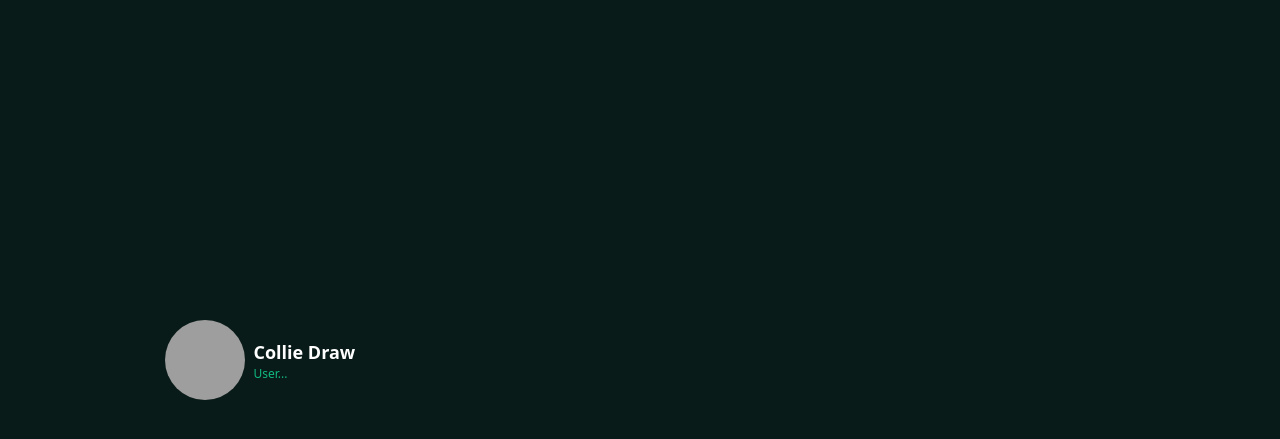
Repository: dcolind/BlockChain-Lotto
Page: /
The author's editor kept a copy of each file at every save. The page is drawn from the files as they stood at one save, then again after a run of saves.
The browser window is 1280 px wide. The pictures show the whole page.
Pictures or frames that could not be fetched are drawn as grey boxes. The project was rebuilt for these pictures with package versions that can differ from the ones it lists, and the page was loaded fresh each time. The framework's server and built-in components were replaced by stand-ins that run in the browser. Also part of the build but not shown: next.config.js.

Above is the page before, as saved 2022-08-30 11:32:35.

### pages/index.tsx
import type { NextPage } from 'next'
import Head from 'next/head'
import Header from '../components/Header'


const Home: NextPage = () => {
  return (
    <div className="bg-[#091B18] h-screen flex flex-col items-center justify-center">
      <Head>
        <title>Collie Lottery</title>
      </Head>

      <Header/>

    </div>
  )
}

export default Home

### styles/globals.css
@tailwind base;
@tailwind components;
@tailwind utilities;

@layer components {
    .countdown {
        @apply p-8 text-5xl lg:min-w-[150px] text-center bg-[#013F34] rounded-lg text-white
    }

    .countdown-label {
        @apply text-center text-white uppercase text-sm pt-4
    }

    .stats {
        @apply bg-[#091F1C] text-white p-4 flex-1 rounded-md border-[#004337] border-2
    }

    .stats-container {
        @apply bg-[#091F1C] p-5 rounded-lg border-[#004337] border
    }

    .admin-button {
        @apply bg-[#091F1C] text-white p-2 flex-1 rounded-md border-[#004337] border-2 hover:bg-emerald-500/50
    }
}

### components/Header.tsx
import React from 'react'

function Header() {
  return (
    <div className="grid grid-cols-2 md:grid-cols-5 justify-between items-center p-5">
        <div className="flex items-center space-x-2">
           <img
           className="rounded-full h-20 w-20"
           src="https://i.imgur.com/4h7mAu7.png"
           alt="" />
        <div>
            <h1 className='text-lg text-white font-bold'>Collie Draw</h1>
            <p className="text-xs text-emerald-500 truncate">User...</p>
        </div>
        </div>

        <div>
            <div className="">
            {/* Button  */}
            {/* Button  */}
            </div>
        </div>
    </div>
  )
}

export default Header

### components/NavButton.tsx
import React from 'react'

function NavButton() {
  return (
    <div>NavButton</div>
  )
}

export default NavButton

Loaded but not shown: pages/_app.tsx (common file); tailwind.config.js (common file)

After the next 6 saves:
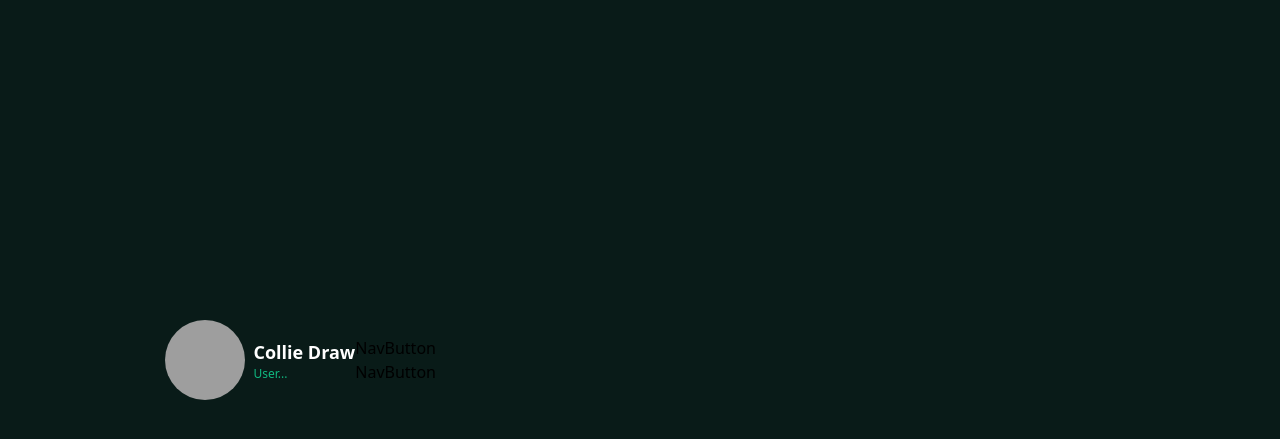
The 6 saves are shown as one change because 3 did not build or start and some came seconds apart.
The last was saved 42 s later.
--- a/components/Header.tsx
+++ b/components/Header.tsx
@@ -1,4 +1,5 @@
 import React from 'react'
+import NavButton from './NavButton'
 
 function Header() {
   return (
@@ -16,8 +17,8 @@ function Header() {
 
         <div>
             <div className="">
-            {/* Button  */}
-            {/* Button  */}
+            <NavButton/>
+            <NavButton/>
             </div>
         </div>
     </div>
